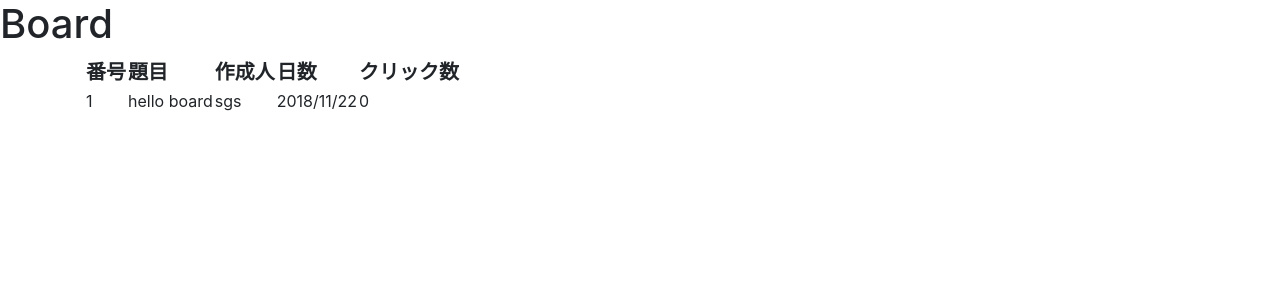
Repository: songgisung/study_web
Page: 20181126/test/board/WebContent/board.html
The author's editor kept a copy of each file at every save. The page is drawn from the files as they stood at one save, then again after the next save.
The browser window is 1280 px wide. The pictures show the whole page.

Above is the page before, as saved 2018-11-26 01:27:55.

### 20181126/test/board/WebContent/board.html
<!DOCTYPE html>
<html>
	<head>
		<meta charset="UTF-8">
		<meta name="viewport" content="width=device-width, initial-scale=1, shrink-to-fit=no">
		<title>Insert title here</title>

		<link rel="stylesheet" href="https://stackpath.bootstrapcdn.com/bootstrap/4.1.3/css/bootstrap.min.css" integrity="sha384-MCw98/SFnGE8fJT3GXwEOngsV7Zt27NXFoaoApmYm81iuXoPkFOJwJ8ERdknLPMO" crossorigin="anonymous">
		<link rel="stylesheet" href="css/board.css">
	</head>
<body>
	<h1>Board</h1>
	<div class="container">
		<table>
			<tr class="table_">
				<th>番号</th>
				<th>題目</th>
				<th>作成人</th>
				<th>日数</th>
				<th>クリック数</th>
			</tr>
			<tr>
				<td>1</td>
				<td>hello board</td>
				<td>sgs</td>
				<td>2018/11/22</td>
				<td>0</td>
			</tr>
		</table>
	</div>
	<script src="https://code.jquery.com/jquery-3.3.1.slim.min.js" integrity="sha384-q8i/X+965DzO0rT7abK41JStQIAqVgRVzpbzo5smXKp4YfRvH+8abtTE1Pi6jizo" crossorigin="anonymous"></script>
	<script src="https://cdnjs.cloudflare.com/ajax/libs/popper.js/1.14.3/umd/popper.min.js" integrity="sha384-ZMP7rVo3mIykV+2+9J3UJ46jBk0WLaUAdn689aCwoqbBJiSnjAK/l8WvCWPIPm49" crossorigin="anonymous"></script>
	<script src="https://stackpath.bootstrapcdn.com/bootstrap/4.1.3/js/bootstrap.min.js" integrity="sha384-ChfqqxuZUCnJSK3+MXmPNIyE6ZbWh2IMqE241rYiqJxyMiZ6OW/JmZQ5stwEULTy" crossorigin="anonymous"></script>
</body>
</html>

### 20181126/test/board/WebContent/css/board.css
@charset "UTF-8";

.table_{

	margin:0px;
	font-size: 20px;
}
.cell{

}
.table_.th{
	padding-left: 0px;
	margin:10px;
	border:3px black solid;
}

After the next save:
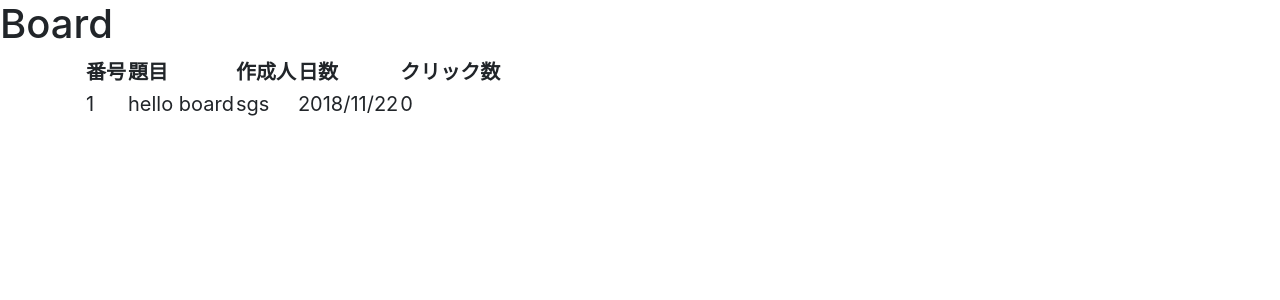
Saved 13 min 16 s later.
--- a/20181126/test/board/WebContent/board.html
+++ b/20181126/test/board/WebContent/board.html
@@ -11,8 +11,8 @@
 <body>
 	<h1>Board</h1>
 	<div class="container">
-		<table>
-			<tr class="table_">
+		<table class="table_">
+			<tr>
 				<th>番号</th>
 				<th>題目</th>
 				<th>作成人</th>
